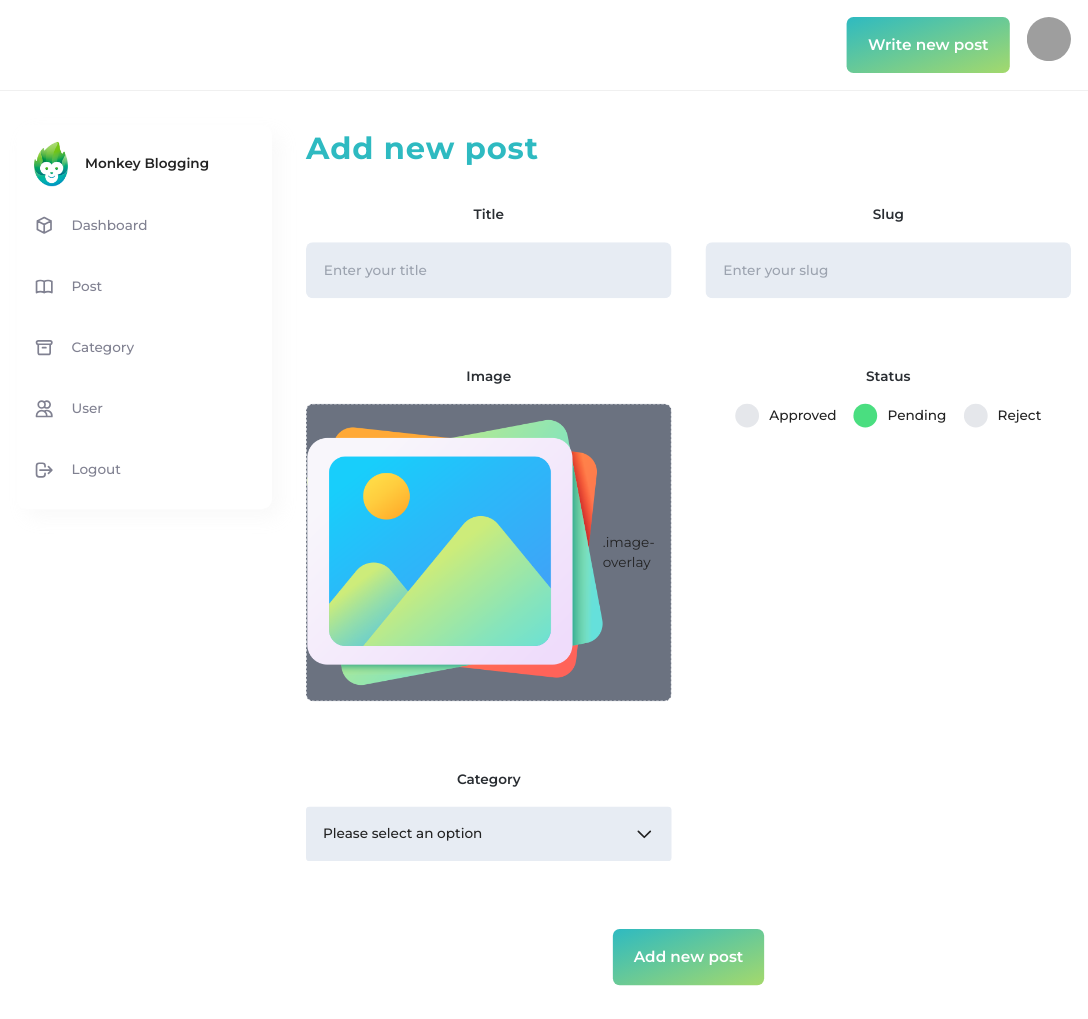
Repository: ThanhPhongsof/react-course-projects
Page: /manage/add-post (app in react-monkey-bloging/)
An editor plug-in stored every save of this project. The page is shown before and after the next save, followed by the edit.
The browser window is 1280 px wide. The pictures show the whole page, at 85% of full size.
Pictures or frames that could not be fetched are drawn as grey boxes. The project was rebuilt for these pictures with package versions that can differ from the ones it lists, and the page was loaded fresh each time. Also part of the build but not shown: react-monkey-bloging/src/page/AuthenticationPage.js, react-monkey-bloging/src/components/icon/IconEyeOpen.js, react-monkey-bloging/src/components/icon/IconEyeClose.js, react-monkey-bloging/src/components/icon/index.js, react-monkey-bloging/src/components/input/InputPasswordToggle.js, react-monkey-bloging/src/page/SignUpPage.js, react-monkey-bloging/src/page/SignInPage.js, react-monkey-bloging/src/components/layout/Header.js and 21 more. Imported but missing from the stored project, and not drawn on this page: react-monkey-bloging/src/components/loading/LoadingSpinner, react-monkey-bloging/src/module/post/PostMeta.

Above is the page before, as saved 2022-05-09 09:11:26.

After the next save:
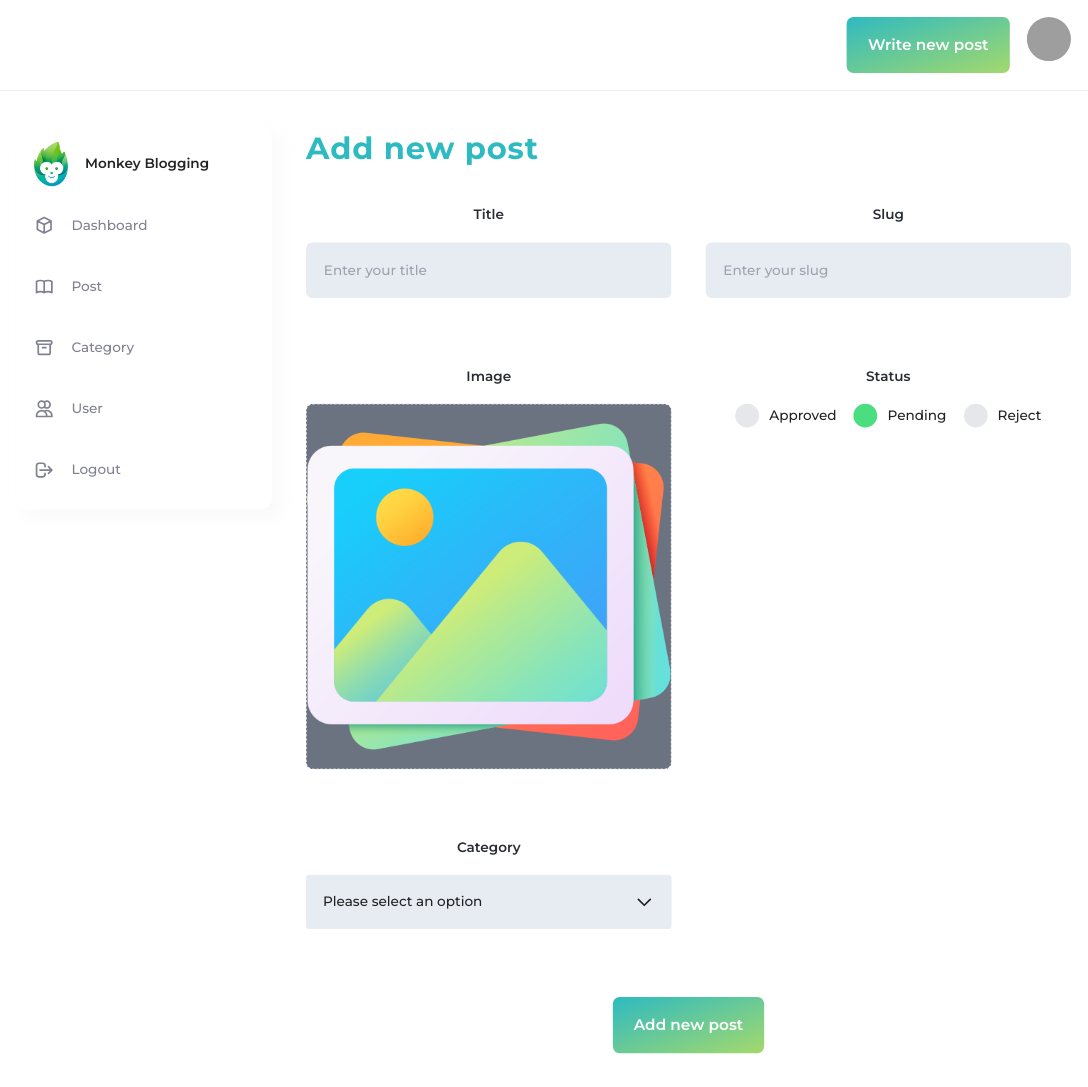
Saved 17 s later.
--- a/react-monkey-bloging/src/components/image/ImageUpload.js
+++ b/react-monkey-bloging/src/components/image/ImageUpload.js
@@ -57,7 +57,7 @@ const ImageUpload = ({ name, className, ...rest }) => {
         <img src="/img-upload.png" alt="upload-img" />
         <p className="image-choose"></p>
       </div>
-      .image-overlay
+      <div className="image-overlay"></div>
     </ImageUploadStyles>
   );
 };
